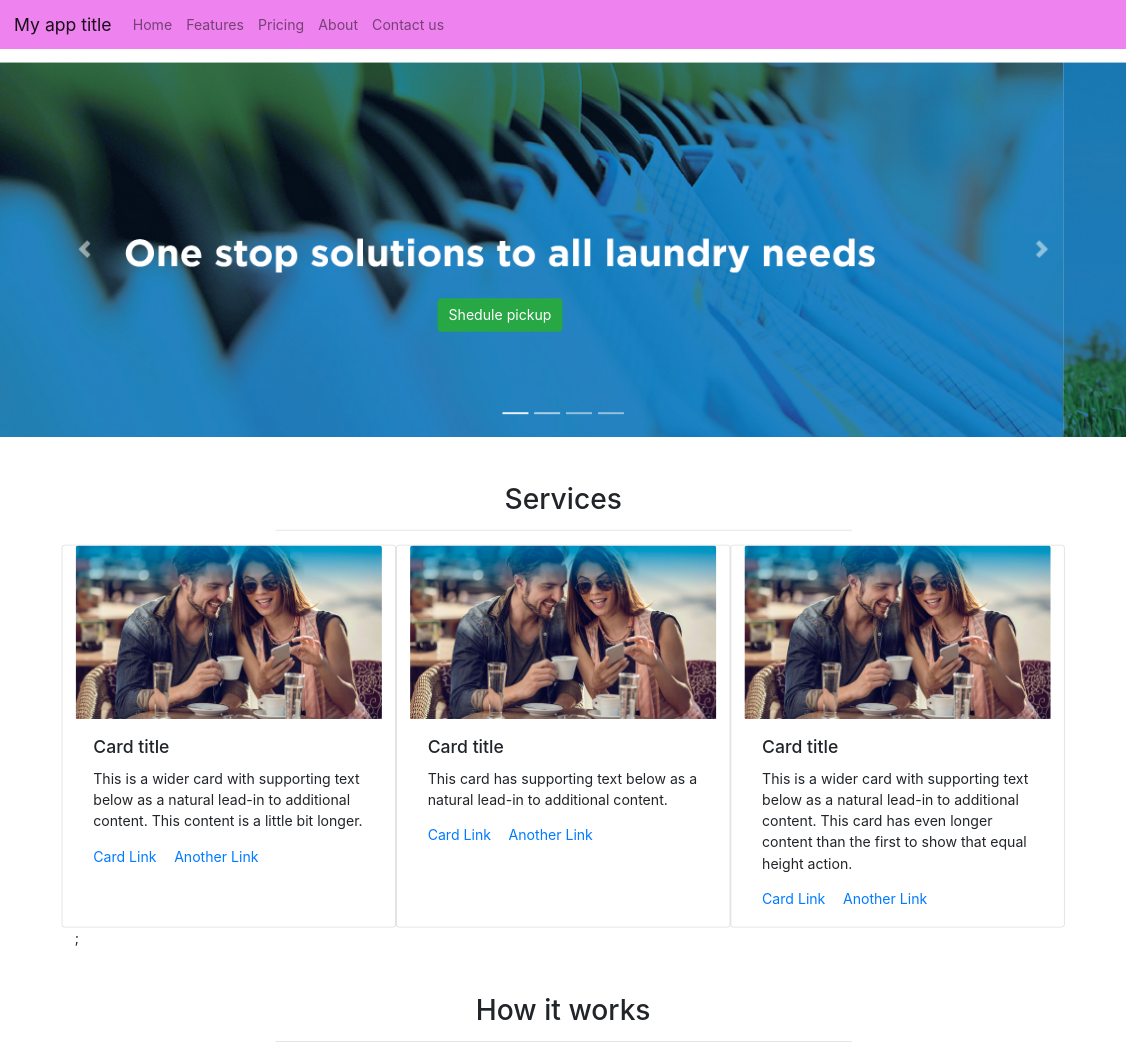
Repository: sravani123/BasicReactWebApp
Page: /
An editor plug-in stored every save of this project. The page is shown before and after the next save, followed by the edit.
The browser window is 1280 px wide. The pictures show the whole page, at 88% of full size.
Some web libraries are served in a nearby version. The project was rebuilt for these pictures with package versions that can differ from the ones it lists, and the page was loaded fresh each time. Also part of the build but not shown: src/components/Common/ProgressButton.js, src/components/Pricing/Pricing.js, src/components/About/About.js, src/components/Features/Features.js, src/components/Contact/Contact.js, src/components/Common/Calendar/Hello.js.

Above is the page before, as saved 2019-03-20 18:18:56.

After the next save:
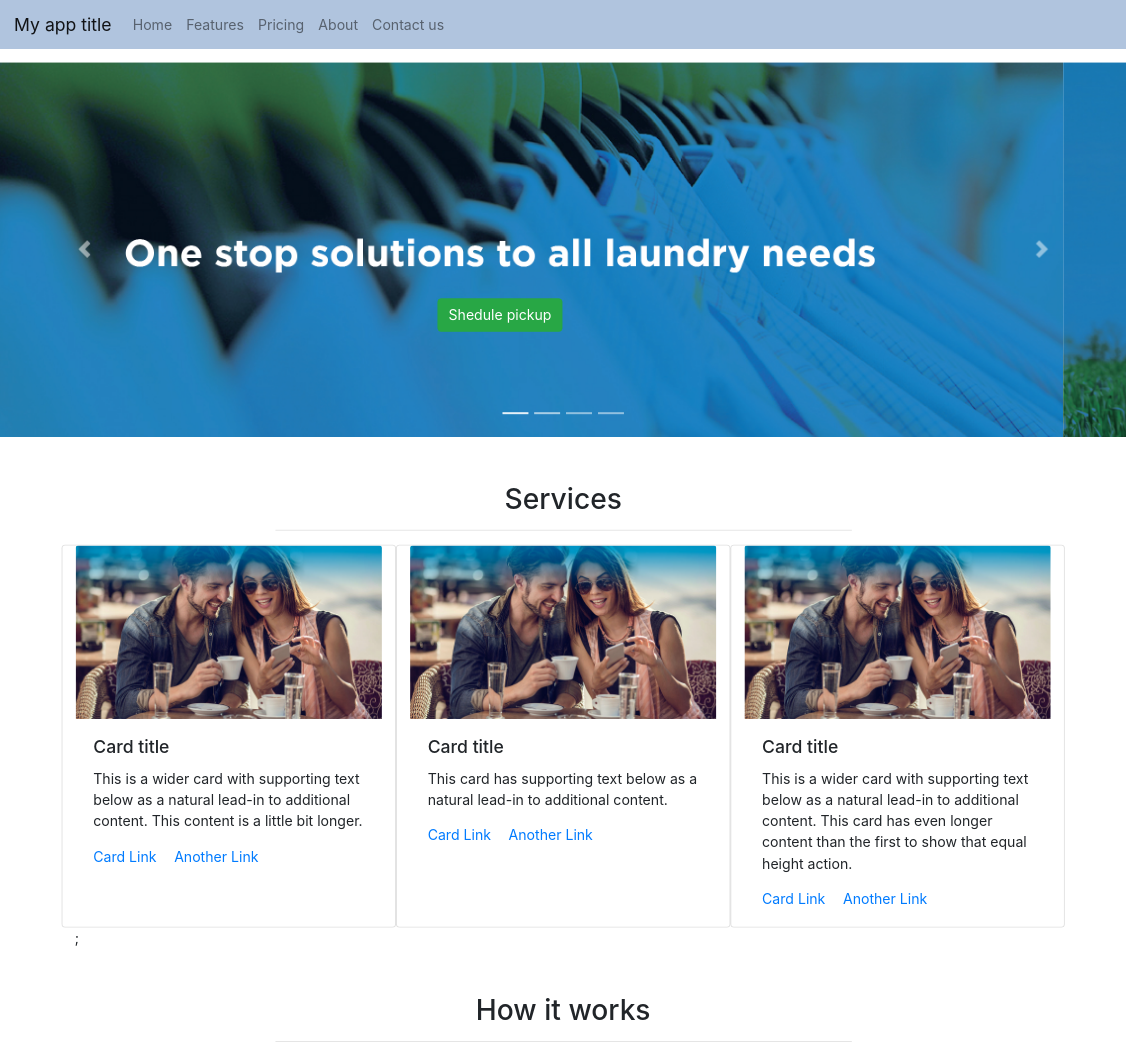
Saved 20 s later.
--- a/src/styles/components/_header.scss
+++ b/src/styles/components/_header.scss
@@ -4,5 +4,5 @@
     border-bottom: 4px solid lightblue;
 }
 .fixed-top  {
-background-color: violet !important;
+background-color:lightsteelblue !important;
 }
